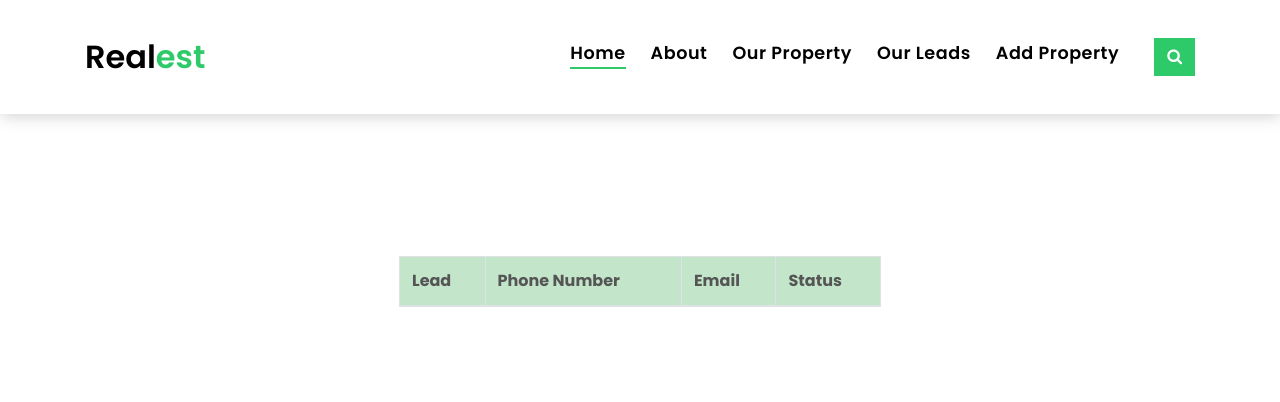
Repository: danaalhaji/realest
Page: http://localhost/realeast/WEB-INF/companyLeads.jsp
These files come from the project's save history. The page is drawn as it stood at one moment and after the next save; the edit follows.
The browser window is 1280 px wide. The pictures show the whole page.
The page is served by Tomcat 9. Nobody is signed in. Other server files are loaded and not shown. The template is opened directly, without the code that normally fills it, so the values that code supplies are empty.

Above is the page before, as saved 2022-11-23 10:53:12.

### realeast/src/main/webapp/WEB-INF/companyLeads.jsp
<%@ page language="java" contentType="text/html; charset=UTF-8"
	pageEncoding="UTF-8"%>
<!-- c:out ; c:forEach etc. -->
<%@taglib uri="http://java.sun.com/jsp/jstl/core" prefix="c"%>
<!-- Formatting (dates) -->
<%@taglib uri="http://java.sun.com/jsp/jstl/fmt" prefix="fmt"%>
<!-- form:form -->
<%@ taglib prefix="form" uri="http://www.springframework.org/tags/form"%>
<!-- for rendering errors on PUT routes -->
<%@ page isErrorPage="true"%>

<!DOCTYPE html>
<html lang="en">
<head>
<meta charset="utf-8" />
<title>Realest</title>
<meta content="width=device-width, initial-scale=1.0" name="viewport" />
<meta content="" name="keywords" />
<meta content="" name="description" />
<base href="/">

<!-- Bootstrap CSS File -->
<link rel="stylesheet" href="/webjars/bootstrap/css/bootstrap.min.css" />
<link rel="stylesheet" href="css/style.css" />
<!-- Google Fonts -->
<link
	href="https://fonts.googleapis.com/css?family=Poppins:300,400,500,600,700"
	rel="stylesheet" />
<link href="img/favicon1.png" rel="icon" />
<link href="img/apple-touch-icon.png" rel="apple-touch-icon" />
<!-- Libraries CSS Files -->
<link href="lib/font-awesome/css/font-awesome.min.css" rel="stylesheet" />
<link href="lib/animate/animate.min.css" rel="stylesheet" />
<link href="lib/ionicons/css/ionicons.min.css" rel="stylesheet" />
<link href="lib/owlcarousel/assets/owl.carousel.min.css"
	rel="stylesheet" />
<!-- JavaScript Libraries -->
<script src="lib/jquery/jquery.min.js" defer></script>
<script src="lib/jquery/jquery-migrate.min.js" defer></script>
<script src="/webjars/jquery/jquery.min.js" defer></script>
<script src="lib/scrollreveal/scrollreveal.min.js" defer></script>
<script src="lib/owlcarousel/owl.carousel.min.js" defer></script>
<script type="text/javascript" src="js/main.js" defer></script>
<script src="lib/popper/popper.min.js" defer></script>
<script src="lib/bootstrap/js/bootstrap.min.js" defer></script>
<script src="lib/easing/easing.min.js" defer></script>
<script src="/webjars/bootstrap/js/bootstrap.min.js" defer></script>
<script src="./libs/jquery/1.10.1/jquery.min.js"></script>
</head>
<body>
	<div class="click-closed"></div>
	<!--/ Form Search Star /-->
	<div class="box-collapse">
		<div class="title-box-d">
			<h3 class="title-d">Search Property</h3>
		</div>
		<span class="close-box-collapse right-boxed ion-ios-close"></span>
		<div class="box-collapse-wrap form">
			<form class="form-a">
				<div class="row">
					<div class="col-md-12 mb-2">
						<div class="form-group">
							<label for="Type">Location</label> <input type="text"
								class="form-control form-control-lg form-control-a"
								placeholder="Location" />
						</div>
					</div>
					<div class="col-md-6 mb-2">
						<div class="form-group">
							<label for="Type">Starting Price</label> <input type="number"
								class="form-control form-control-lg form-control-a"
								placeholder="Starting Price" />
						</div>
					</div>
					<div class="col-md-6 mb-2">
						<div class="form-group">
							<label for="Type">Ending Price</label> <input type="number"
								class="form-control form-control-lg form-control-a"
								placeholder="Ending Price" />
						</div>
					</div>
					<div class="col-md-6 mb-2">
						<div class="form-group">
							<label for="Type">Starting Area</label> <input type="number"
								class="form-control form-control-lg form-control-a"
								placeholder="Starting Area" />
						</div>
					</div>
					<div class="col-md-6 mb-2">
						<div class="form-group">
							<label for="Type">Ending Area</label> <input type="number"
								class="form-control form-control-lg form-control-a"
								placeholder="Ending Area" />
						</div>
					</div>
					<div class="col-md-6 mb-2">
						<div class="form-group">
							<label for="bathrooms">Status</label> <select
								class="form-control form-control-lg form-control-a"
								id="bathrooms">
								<option>Under Construction</option>
								<option>Move-in ready</option>
							</select>
						</div>
					</div>
					<div class="col-md-6 mb-2">
						<div class="form-group">
							<label for="price">Payment method</label> <select
								class="form-control form-control-lg form-control-a" id="price">
								<option>Cash</option>
								<option>Loans</option>
								<option>Cheques</option>
							</select>
						</div>
					</div>
					<div class="col-md-12">
						<button type="submit" class="btn btn-b">Search Property</button>
					</div>
				</div>
			</form>
		</div>
	</div>
	<!--/ Form Search End /-->

	<!--/ Nav Star /-->
	<nav
		class="navbar navbar-default navbar-trans navbar-expand-lg fixed-top">
		<div class="container">
			<button class="navbar-toggler collapsed" type="button"
				data-toggle="collapse" data-target="#navbarDefault"
				aria-controls="navbarDefault" aria-expanded="false"
				aria-label="Toggle navigation">
				<span></span> <span></span> <span></span>
			</button>
			<a class="navbar-brand text-brand" href="/">Real<span
				class="color-b">est</span></a>
			<button type="button"
				class="btn btn-link nav-search navbar-toggle-box-collapse d-md-none"
				data-toggle="collapse" data-target="#navbarTogglerDemo01"
				aria-expanded="false">
				<span class="fa fa-search" aria-hidden="true"></span>
			</button>
			<div></div>
			<div class="navbar-collapse collapse d-flex flex-row-reverse"
				id="navbarDefault">
				<ul class="navbar-nav">
					<li class="nav-item"><a class="nav-link active" href="/">Home</a></li>
					<li class="nav-item"><a class="nav-link" href="/about">About</a>
					</li>
					<li class="nav-item"><a class="nav-link"
						href="/companyProperty">Our Property</a></li>
					<li class="nav-item"><a class="nav-link" href="/companyLeads">Our
							Leads</a></li>
					<li class="nav-item"><a class="nav-link" href="new/project">Add
							Property</a></li>
					<li class="nav-item"><c:if test="${company_id != null}">
							<a href="/logoutcustomer" class="btn btn-dark btn-sm btn-block mt-2">Sign
								out</a>
						</c:if></li>
				</ul>
			</div>
			<button type="button"
				class="btn btn-b-n navbar-toggle-box-collapse d-none d-md-block"
				data-toggle="collapse" data-target="#navbarTogglerDemo01"
				aria-expanded="false">
				<span class="fa fa-search" aria-hidden="true"></span>
			</button>
		</div>
	</nav>


	<main style="margin-top: 20%; width: 40%;" class="container">
		<section class="trees-users-table">
			<table class="table table-striped table-bordered">
				<thead>
					<tr class="table-success">
						<th scope="col">Lead</th>
						<th scope="col">Phone Number</th>
						<th scope="col">Email</th>
						<th scope="col">Status</th>
					</tr>
				</thead>
				<tbody>
  <c:forEach var="app" items="${appointemnt}">
    <tr>
      <td>${app.customer.fullName}</td>
      <td>${app.customer.uPhoneNum}</td>
      <td>${app.customer.email}</td>
      <td><a href="/company/app/process">${app.proccess}</a></td>
    </tr>
    </c:forEach>

				</tbody>
			</table>
		</section>
	</main>



	<a href="#" class="back-to-top"><i class="fa fa-chevron-up"></i></a>
	<div id="preloader"></div>
</body>
</html>

Loaded but not shown: realeast/src/main/resources/static/lib/bootstrap/css/bootstrap.min.css (library); realeast/src/main/resources/static/lib/font-awesome/css/font-awesome.min.css (library); realeast/src/main/resources/static/lib/animate/animate.min.css (library); realeast/src/main/resources/static/lib/ionicons/css/ionicons.min.css (library); realeast/src/main/resources/static/lib/owlcarousel/assets/owl.carousel.min.css (library); realeast/src/main/resources/static/lib/jquery/jquery.min.js (library); realeast/src/main/resources/static/lib/jquery/jquery-migrate.min.js (library); realeast/src/main/resources/static/lib/scrollreveal/scrollreveal.min.js (library); realeast/src/main/resources/static/lib/owlcarousel/owl.carousel.min.js (library); realeast/src/main/resources/static/lib/popper/popper.min.js (library); realeast/src/main/resources/static/lib/bootstrap/js/bootstrap.min.js (library); realeast/src/main/resources/static/lib/easing/easing.min.js (common file); realeast/src/main/resources/static/js/main.js (150 lines, source omitted); realeast/src/main/resources/static/css/style.css (2038 lines, source omitted)

After the next save:
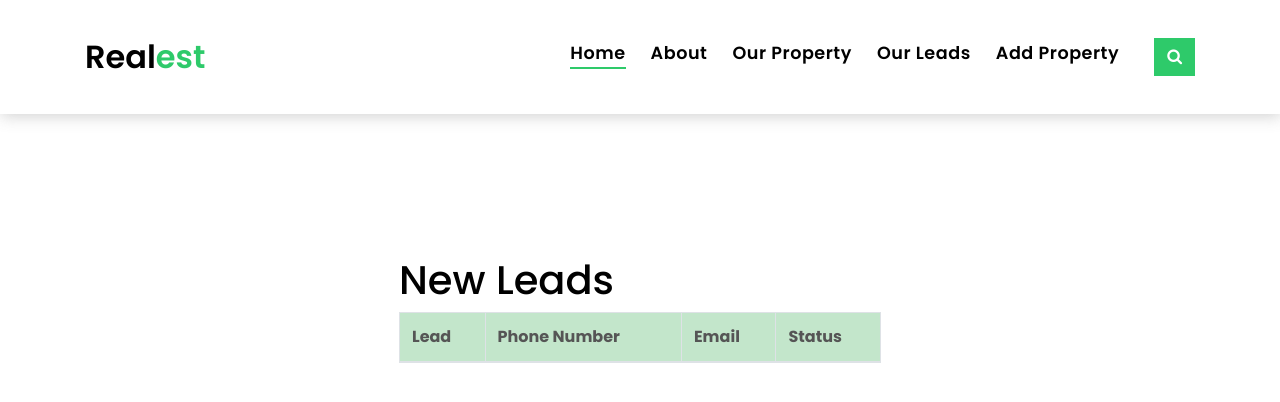
Saved 9 min 17 s later.
--- a/realeast/src/main/webapp/WEB-INF/companyLeads.jsp
+++ b/realeast/src/main/webapp/WEB-INF/companyLeads.jsp
@@ -170,6 +170,7 @@
 
 
 	<main style="margin-top: 20%; width: 40%;" class="container">
+	<h1>New Leads</h1>
 		<section class="trees-users-table">
 			<table class="table table-striped table-bordered">
 				<thead>
